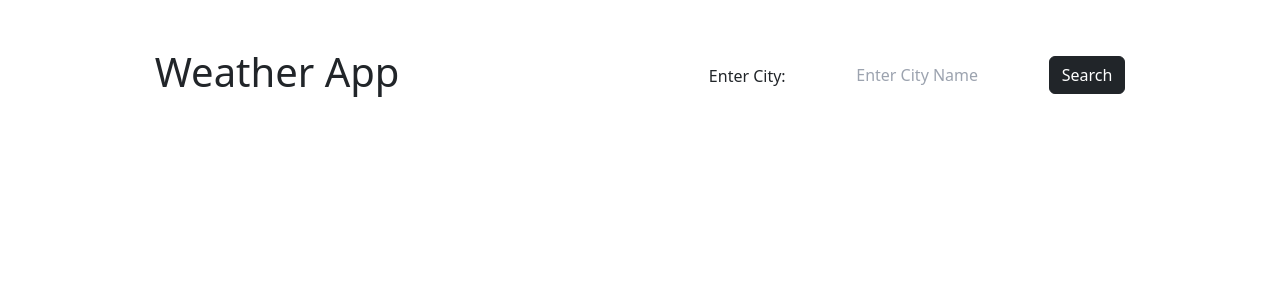
Repository: bhaveshtrades/weatherapp
Page: /
An editor plug-in stored every save of this project. The page is shown before and after the next save, followed by the edit.
The browser window is 1280 px wide. The pictures show the whole page.
The project was rebuilt for these pictures with package versions that can differ from the ones it lists, and the page was loaded fresh each time. Also part of the build but not shown: src/components/DetailedWeather.jsx, src/components/HourlyForecast.jsx.

Above is the page before, as saved 2023-01-25 00:19:29.

After the next save:
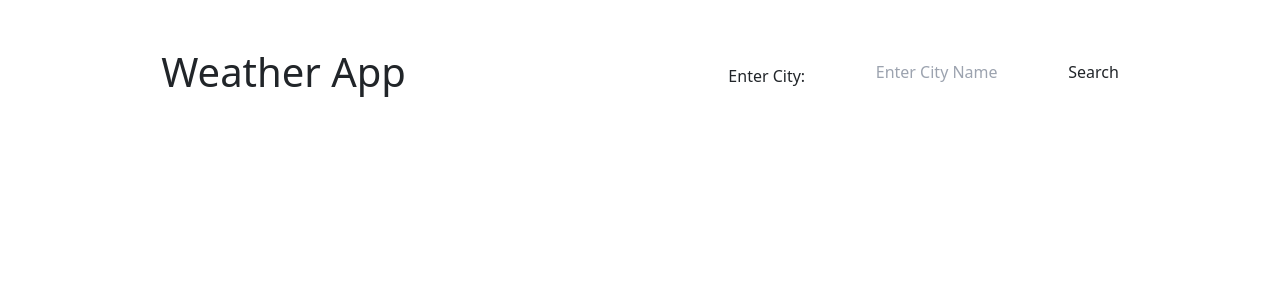
Saved 43 s later.
--- a/src/components/Navbar.jsx
+++ b/src/components/Navbar.jsx
@@ -4,15 +4,15 @@
 
   return (
     <>
-    <div className='sm: flex justify-around mt-12'>
+    <div className='sm:flex justify-around mt-12'>
     <div>
     <h1>Weather App</h1>
     </div>
-    <div className='pt-2'>
-    <form role="search" onSubmit={resultProp} className='flex gap-x-4'>
-        <label htmlFor='cityName' className='pt-2'>Enter City: </label>
-        <input type='text' className='text-center' placeholder='Enter City Name' onChange={cityProp}/>
-        <button type="submit" className='btn btn-dark' onClick={resultProp}>Search</button>
+    <div className='sm:pt-2'>
+    <form role="search" onSubmit={resultProp} className='sm:flex gap-x-4'>
+        <label htmlFor='cityName' className='sm:pt-2'>Enter City: </label>
+        <input type='text' className='sm:text-center' placeholder='Enter City Name' onChange={cityProp}/>
+        <button type="submit" className='sm:btn btn-dark' onClick={resultProp}>Search</button>
     </form>
     </div>
     </div>

After the save that followed:
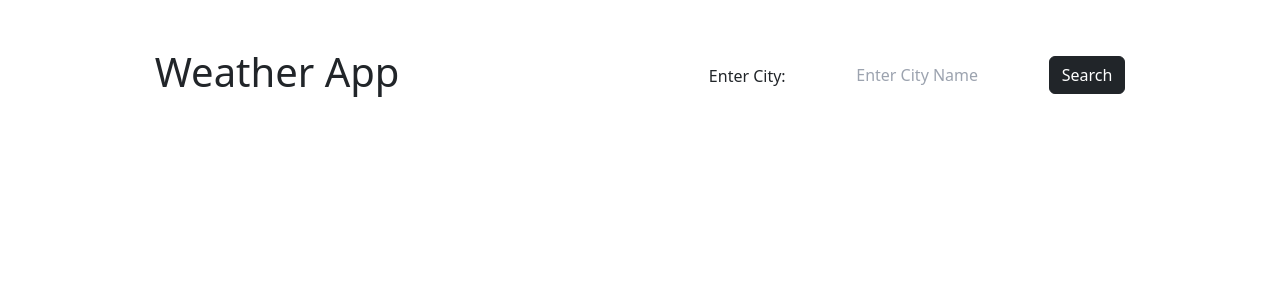
Saved 3 min 11 s later.
--- a/src/components/Navbar.jsx
+++ b/src/components/Navbar.jsx
@@ -4,15 +4,15 @@
 
   return (
     <>
-    <div className='sm:flex justify-around mt-12'>
+    <div className='flex justify-around mt-12'>
     <div>
     <h1>Weather App</h1>
     </div>
-    <div className='sm:pt-2'>
-    <form role="search" onSubmit={resultProp} className='sm:flex gap-x-4'>
-        <label htmlFor='cityName' className='sm:pt-2'>Enter City: </label>
-        <input type='text' className='sm:text-center' placeholder='Enter City Name' onChange={cityProp}/>
-        <button type="submit" className='sm:btn btn-dark' onClick={resultProp}>Search</button>
+    <div className='pt-2'>
+    <form role="search" onSubmit={resultProp} className='flex gap-x-4'>
+        <label htmlFor='cityName' className='pt-2'>Enter City: </label>
+        <input type='text' className='text-center' placeholder='Enter City Name' onChange={cityProp}/>
+        <button type="submit" className='btn btn-dark' onClick={resultProp}>Search</button>
     </form>
     </div>
     </div>
